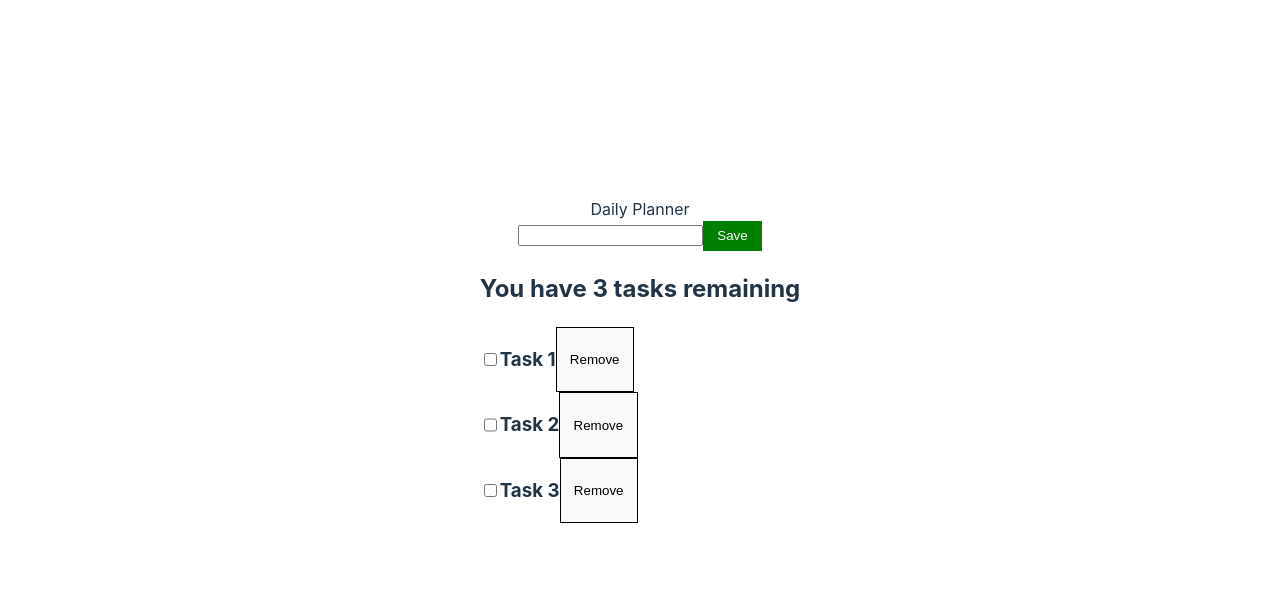
Repository: SamanthaYan298/my_planner
Page: /
These files come from the project's save history. The page is drawn as it stood at one moment and after the next save; the edit follows.
The browser window is 1280 px wide. The pictures show the whole page.
The project was rebuilt for these pictures with package versions that can differ from the ones it lists, and the page was loaded fresh each time. Also part of the build but not shown: vite.config.js.

Above is the page before, as saved 2024-10-07 17:01:58.

After the next save:
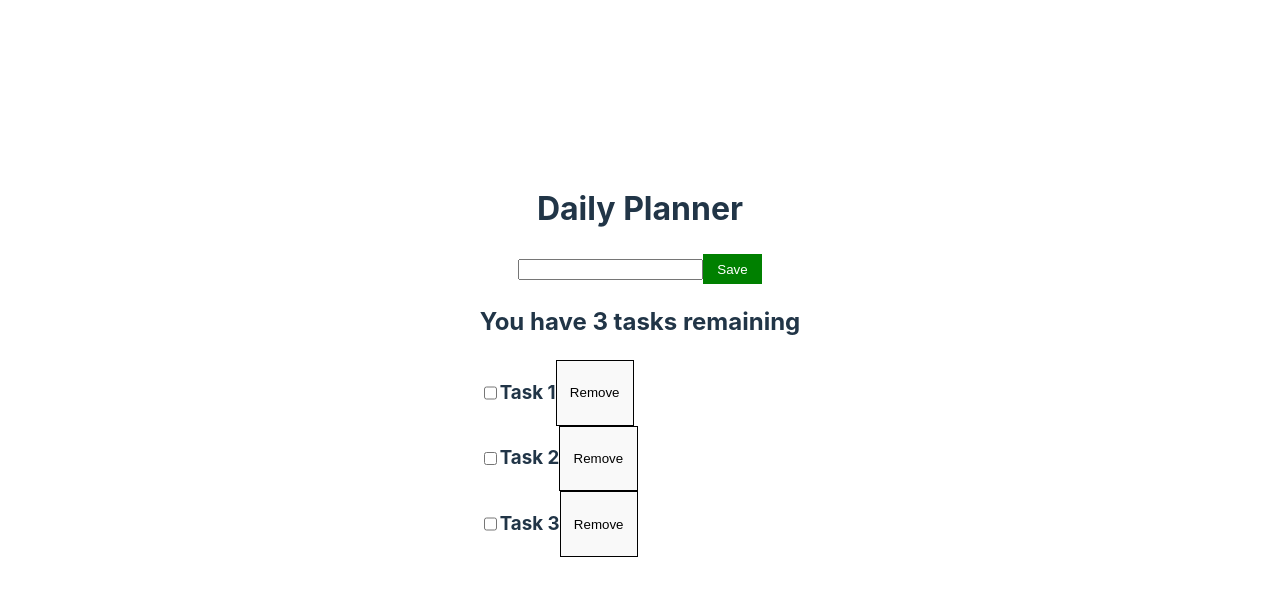
Saved 11 s later.
--- a/src/App.jsx
+++ b/src/App.jsx
@@ -5,7 +5,7 @@
 
   return (
     <>
-      <header>Daily Planner</header>
+      <h1>Daily Planner</h1>
       <form>
         <input
           type="text"
